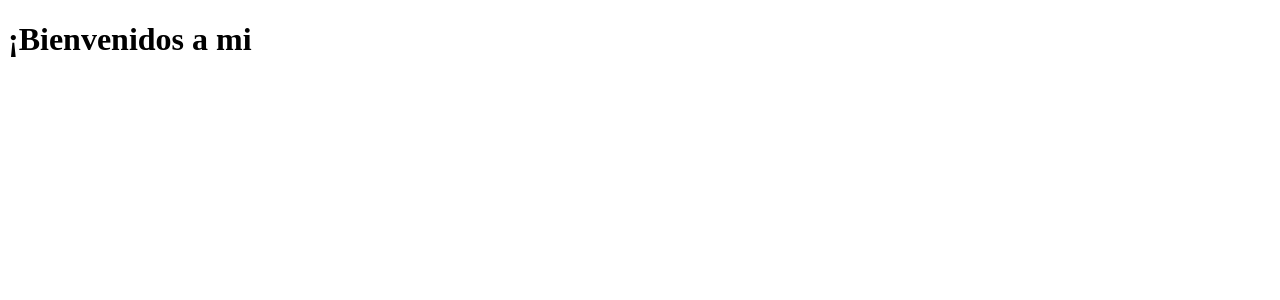
Repository: Pablosky971/Ejercicio-4.-Proyecto-Web
Page: Ejercicio4/src/main/webapp/WEB-INF/index.html
An editor plug-in stored every save of this project. The page is shown before and after a run of saves, followed by the edit.
The browser window is 1280 px wide. The pictures show the whole page.

Above is the page before, as saved 2022-03-09 12:00:06.

After the next 3 saves:
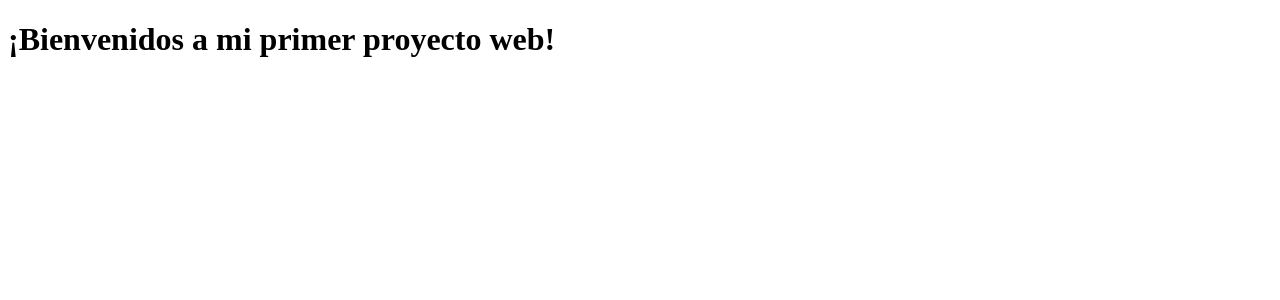
The 3 saves are shown as one change because they came seconds apart.
The last was saved 10 s later.
--- a/Ejercicio4/src/main/webapp/WEB-INF/index.html
+++ b/Ejercicio4/src/main/webapp/WEB-INF/index.html
@@ -6,7 +6,7 @@
 </head>
 <body>
 	<header>
-		<h1> ¡Bienvenidos a mi </h1>
+		<h1> ¡Bienvenidos a mi primer proyecto web!</h1>
 	</header>
 
 </body>
